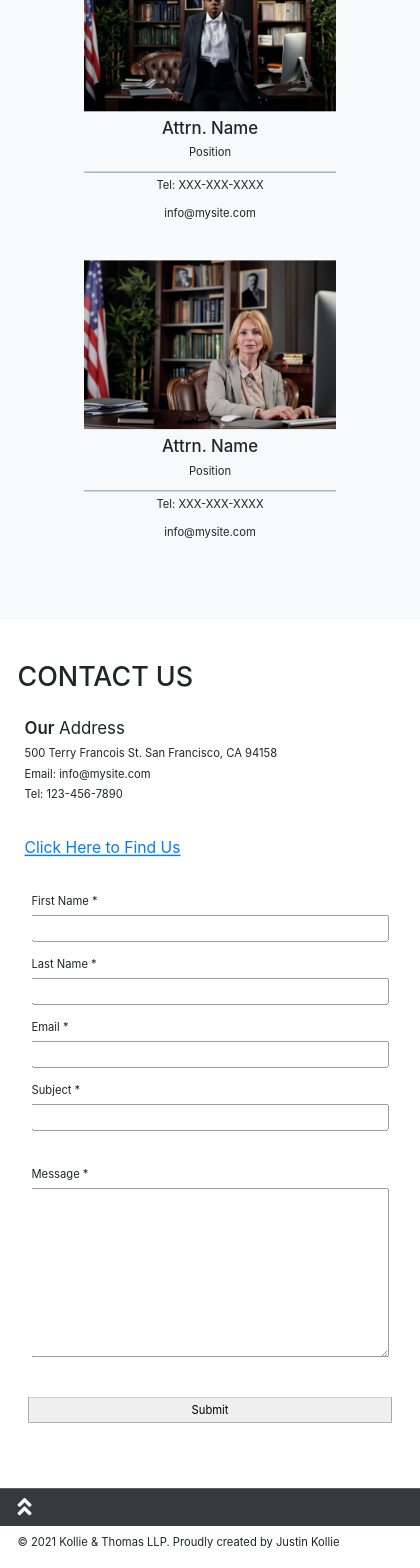
Repository: just-mann/kolllie-kolliellp
Page: index.html
These files come from the project's save history. The page is drawn as it stood at one moment and after the next save; the edit follows.
The browser window is 600 px wide. The pictures show the part of the page from y = 3810 to 6050 px (the page is 6050 px tall before and 6000 px after), at 70% of full size.

Above is the page before, as saved 2021-06-02 01:13:41.

### index.html
<!DOCTYPE html>
<html lang="en">
<head>
    <meta charset="UTF-8">
    <meta name="viewport" content="width=device-width, initial-scale=1.0">
    <meta http-equiv="X-UA-Compatible" content="ie=edge">
    <meta name="Description" content="Enter your description here"/>
    <!-- Font Awesome Icons -->
    <link rel="stylesheet" href="https://cdnjs.cloudflare.com/ajax/libs/font-awesome/5.15.3/css/all.min.css" referrerpolicy="no-referrer" />
    <link rel="stylesheet" href="https://cdnjs.cloudflare.com/ajax/libs/twitter-bootstrap/4.6.0/css/bootstrap.min.css">
    <link rel="stylesheet" href="https://cdnjs.cloudflare.com/ajax/libs/font-awesome/5.15.2/css/all.min.css">
    <link rel="stylesheet" href="assets/css/utilities.css">
    <link rel="stylesheet" href="assets/css/style.css">
    <title>Kollie & Thomas LLP</title>
</head>
<body>
    <nav class="myNavbar">
        <div class="myContainer">
            <a href="#" class="myLogo"><h3>Kollie & Thomas LLP</h3></a>
            <div class="links">
                <a href="#">Home</a>
                <a href="#practiceArea">Practice Area</a>
                <a href="#ourVision">Our Vision</a>
                <a href="#ourAttorneys">Attorneys</a>
                <a href="#contact">Contact</a>
            </div>
            <i class="fas fa-bars fa-1x toggleBar"></i>
        </div>
    </nav>
    <section class="heroSection">
        <div class="myContainer">
            <h3><span>Boutique</span>Law Firm</h3>
            <p>Specializing in Commercial Law & Litigation, Insolvency & Fraud</p>
        </div>
    </section>
    <section class="practiceArea py-5 px-3" id="practiceArea">
        <div class="myContainer">
            <div class="practiceArreaDiv px-2">
                <div class="left__side">
                    <h3><span>Practice</span> Areas</h3>
                </div>
                <div class="right__side">
                    <ul>
                        <div class="left">
                            <li><h4>Litigation</h4></li>
                            <p>Lorem ipsum dolor sit amet consectetur adipisicing elit. Accusamus cumque iusto quae minima?</p>
                            <li><h4>Insolvency</h4></li>
                            <p>Lorem ipsum dolor sit amet consectetur adipisicing elit. Accusamus cumque iusto quae minima?</p>
                            <li><h4>Dispute Resolution</h4></li>
                            <p>Lorem ipsum dolor sit amet consectetur adipisicing elit. Accusamus cumque iusto quae minima?</p>
                        </div>
                        <div class="right">
                            <li><h4>Business</h4></li>
                            <p>Lorem ipsum dolor sit amet consectetur adipisicing elit. Accusamus cumque iusto quae minima?</p>
                            <li><h4>Fraud</h4></li>
                            <p>Lorem ipsum dolor sit amet consectetur adipisicing elit. Accusamus cumque iusto quae minima?</p>
                            <li><h4>Tax</h4></li>
                            <p>Lorem ipsum dolor sit amet consectetur adipisicing elit. Accusamus cumque iusto quae minima?</p>
                        </div>
                    </ul>
                </div>
            </div>
        </div>
    </section>
    <section class="ourVision" id="ourVision">
        <div class="myContainer">
            <div class="ourVisionDiv py-5">
                <h3 class="">Our Mission</h3>
                <div>
                    <p>Lorem, ipsum dolor sit amet consectetur adipisicing elit. Deleniti, libero. Voluptatem laboriosam ipsum esse sint deserunt laudantium accusamus nam veniam ad? A deserunt nostrum rerum?</p>
                </div>
                <div>
                    <p>Lorem, ipsum dolor sit amet consectetur adipisicing elit. Deleniti, libero. Voluptatem laboriosam ipsum esse sint deserunt laudantium accusamus nam veniam ad? A deserunt nostrum rerum?</p>
                </div>
                <div>
                    <p>Lorem, ipsum dolor sit amet consectetur adipisicing elit. Deleniti, libero. Voluptatem laboriosam ipsum esse sint deserunt laudantium accusamus nam veniam ad? A deserunt nostrum rerum?</p>
                </div>
            </div>
        </div>
    </section>
    <div class="parallaxImg">
        <!-- <img src="./assets/images/heroImage.jpg" alt="parallaxImg"> -->
    </div>
    <section class="ourAttorneys py-5 px-2 bg-light" id="ourAttorneys">
        <div class="myContainer">
            <h3>Our Attorneys</h3>
            <div class="attorneysDiv mx-auto">
                <div class="attCard">
                    <img src="./assets/images/attrny1.jpg" alt="att1">
                    <div class="firstDiv">
                        <h4>Justin Kollie</h4>
                        <p>Partner</p>
                    </div>
                    <div class="secondDiv">
                        <p>Tel: XXX-XXX-XXXX</p>
                        <p>info@mysite.com</p>
                    </div>
                </div>
                <div class="attCard">
                    <img src="./assets/images/attrny1.jpg" alt="att1">
                    <div class="firstDiv">
                        <h4>Mandela P. Thomas</h4>
                        <p>Partner</p>
                    </div>
                    <div class="secondDiv">
                        <p>Tel: XXX-XXX-XXXX</p>
                        <p>info@mysite.com</p>
                    </div>
                </div>
                <div class="attCard">
                    <img src="./assets/images/attrny2.jpg" alt="att2">
                    <div class="firstDiv">
                        <h4>Attrn. Name</h4>
                        <p>Position</p>
                    </div>
                    <div class="secondDiv">
                        <p>Tel: XXX-XXX-XXXX</p>
                        <p>info@mysite.com</p>
                    </div>
                </div>
                <div class="attCard">
                    <img src="/assets/images/attrny3.jpg" alt="att3">
                    <div class="firstDiv">
                        <h4>Attrn. Name</h4>
                        <p>Position</p>
                    </div>
                    <div class="secondDiv">
                        <p>Tel: XXX-XXX-XXXX</p>
                        <p>info@mysite.com</p>
                    </div>
                </div>
            </div>
        </div>
    </section>
    <section class="contact py-5" id="contact">
        <div class="myContainer">
            <div class="contactDiv">
                <div class="left__side">
                    <h3>Contact Us</h3>
                </div>
                <div class="right__side">
                    <h4><span>Our</span> Address</h4>
                    <div class="addressDiv">
                        <p>500 Terry Francois St. San Francisco, CA 94158</p>
                        <p>Email: info@mysite.com</p>
                        <p>Tel:  123-456-7890</p>
                    </div>
                    <div class="clickToFind my-4 py-4">
                        <a href="#">Click Here to Find Us</a>
                    </div>
                    <form action="">
                        <div class="left__side">
                            <div>
                                <label for="firstName">First Name *</label>
                                <input type="text" name="firstName" required>
                            </div>
                            <div>
                                <label for="lastName">Last Name *</label>
                                <input type="text" name="lastName" required>
                            </div>
                            <div>
                                <label for="email">Email *</label>
                                <input type="email" name="name" required>
                            </div>
                            <div>
                                <label for="subject">Subject *</label>
                                <input type="text" name="subject" required>
                            </div>
                        </div>
                        <div class="right__side">
                            <label for="message">Message *</label>
                            <textarea name="message" id="message" cols="30" rows="10" required></textarea>
                        </div>
                        <div>
                            <input type="submit" value="Submit">
                        </div>
                    </form>
                </div>
            </div>
        </div>
    </section>
    <section class="backUpTop bg-dark">
        <div class="myContainer">
            <i class="fas fa-angle-double-up fa-2x text-light"></i>
        </div>
    </section>
    <footer class="footer">
        <div class="myContainer">
            <p>© 2021 Kollie & Thomas LLP. Proudly created by Justin Kollie</p>
        </div>
    </footer>
    <!-- Optional Scripts -->
    <script src="assets/scripts/myScript.js"></script>
    <script src="https://cdnjs.cloudflare.com/ajax/libs/jquery/3.5.1/jquery.slim.min.js"></script>
    <script src="https://cdnjs.cloudflare.com/ajax/libs/popper.js/1.16.1/umd/popper.min.js"></script>
    <script src="https://cdnjs.cloudflare.com/ajax/libs/twitter-bootstrap/4.6.0/js/bootstrap.min.js"></script>
</body>
</html>

### assets/css/utilities.css
:root {
    --primaryColor: #0a6880;
}

a {
    text-decoration: none;
}

a:hover {
    text-decoration: none;
}

ul li {
    list-style-type: square;
}

.myContainer {
    max-width: 900px;
    margin: 0 auto;
    padding: 10px 25px;
}

### assets/css/style.css
* {
    padding: 0;
    margin: 0;
    box-sizing: border-box;
}

html {
    scroll-behavior: smooth;
}

body {
    /* background-color: rgb(255, 255, 255); */
}

/* Navbar */
.myNavbar {
    padding: 10px 0px;
    background-color: #ffffff;
}

.myNavbar .myContainer {
    display: flex;
    justify-content: space-between;
    align-items: center;
}

.myNavbar .myContainer .myLogo h3 {
    font-size: 1.5em;
}

.myNavbar .myContainer .links {
    display: flex;
    justify-content: center;
    align-items: center;
}

.toggleBar {
    font-size: 1.6em;
    display: none;
    transition: cursor 0.6s;
}

.toggleBar:hover {
    cursor: pointer;
}

.ourVision {
    background-color: var(--primaryColor);
    color: white;
    /* padding: 30px 10px; */
}

.ourVisionDiv h3 {
    font-weight: 400;
    font-size: 2.6rem;
    text-align: left;
    margin-bottom: 25px;
    /* margin: 40px auto; */
}

.ourVisionDiv p {
    font-weight:300;
    font-size: 1.2rem;
    line-height: 2rem;
}

.parallaxImg {
    background-image: url('../images/parallaxImg.jpg');
    min-height: 500px;
    background-attachment: fixed;
    background-position: center;
    background-origin: center;
    background-repeat: no-repeat;
    background-size: cover;
}

.parallaxImg img {
    width: 100%;
}

.contactDiv .left__side h3 {
    font-weight: 450;
}

.contactDiv .right__side h4 {
    font-weight: 400;
}

.contactDiv .right__side h4 span {
    font-weight: 600;
}

.contactDiv .right__side .addressDiv p {
    font-size: 1rem;
    font-weight: 400;
    margin: 5px 0px;
}

.contactDiv .right__side .clickToFind a {
    text-decoration: underline;
    font-size: 1.4rem;
}

@media screen and (max-width: 700px) {
    .myNavbar .myContainer .links {
        display: none;
    }

    .toggleBar {
        display: block;
    }

    .heroSection {
        position: relative;
        height: 75vh;
        display: flex;
        justify-content: center;
        align-items: center;
        background-color: #ffffff;
        background: url('../images/heroImage.jpg') no-repeat center center / cover;
    }

    .heroSection .myContainer * {
        z-index: 100;
    }

    .heroSection::before {
        position: absolute;
        content: "";
        top: 45;
        bottom: 40;
        right: 0;
        background: rgba(8, 54, 66, 0.6);
        width: 97%;
        height: 80%;
        z-index: 0;
    }

    .heroSection .myContainer h3 span {
        color: white;
        font-size: 3rem;
        font-weight: 600;
        text-transform: uppercase;
        display: block;
    }

    .heroSection .myContainer h3 {
        color: white;
        font-size: 2rem;
        text-transform: uppercase;
    }

    .heroSection .myContainer p {
        color: white;
    }

    .left__side h3 span {
        font-size: 2.5rem;
        text-transform: uppercase;
        display: block;
        font-weight: 600;
    }

    .left__side h3 {
        font-size: 2.4rem;
        text-transform: uppercase;
        font-weight: 300;
    }

    .right__side {
        padding: 30px 10px;
        /* background-color: white; */
    }

    .parallaxImg {
        background-image: url('../images/parallaxImg.jpg');
        min-height: 500px;
        background-attachment: scroll;
        background-position: center;
        background-repeat: no-repeat;
        background-size: cover;
    }

    .attorneysDiv {
        grid-template-columns: 1fr;
        width: 100%;
        margin: 0 auto;
    }

    .ourAttorneys .myContainer h3 {
        text-align: center;
        font-size: 2.8em;
        font-weight: 350;
        margin-bottom: 25px;
    }

    .attCard {
        width: 75%;
        padding: 0px 20px;
        margin: 0px auto 35px auto;
        /* text-align: center; */
    }

    .attCard img {
        min-height: 200px;
        width: 100%;
    }

    .attCard .firstDiv {
        padding: 10px 0px 0px 0px;
        text-align: center;
        border-bottom: 2px solid #6991ac9d;
    }

    .secondDiv {
        text-align: center;
        padding: 5px 0px;
    }

    form {
        /* background: pink; */
        max-width: 100%;
    }

    form div {
        margin: 20px 0px 5px 0px;
        padding: 0px 5px;
        max-width: 100%;
    }

    form div label, form div input {
        width: 100%;
    }

    form div input {
        padding: 5px 10px;
    }

    form .right__side textarea {
        width: 100%;
    }




}

### assets/scripts/myScript.js
console.log('It works');

After the next save:
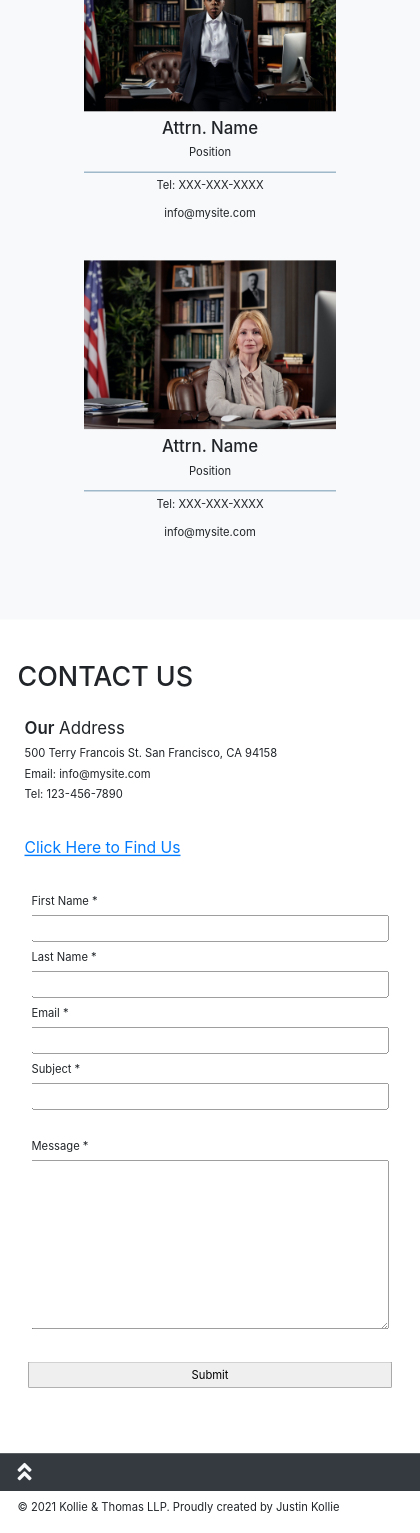
Saved 26 s later.
--- a/assets/css/style.css
+++ b/assets/css/style.css
@@ -223,7 +223,7 @@ body {
     }
 
     form div {
-        margin: 20px 0px 5px 0px;
+        margin: 10px 0px 5px 0px;
         padding: 0px 5px;
         max-width: 100%;
     }
